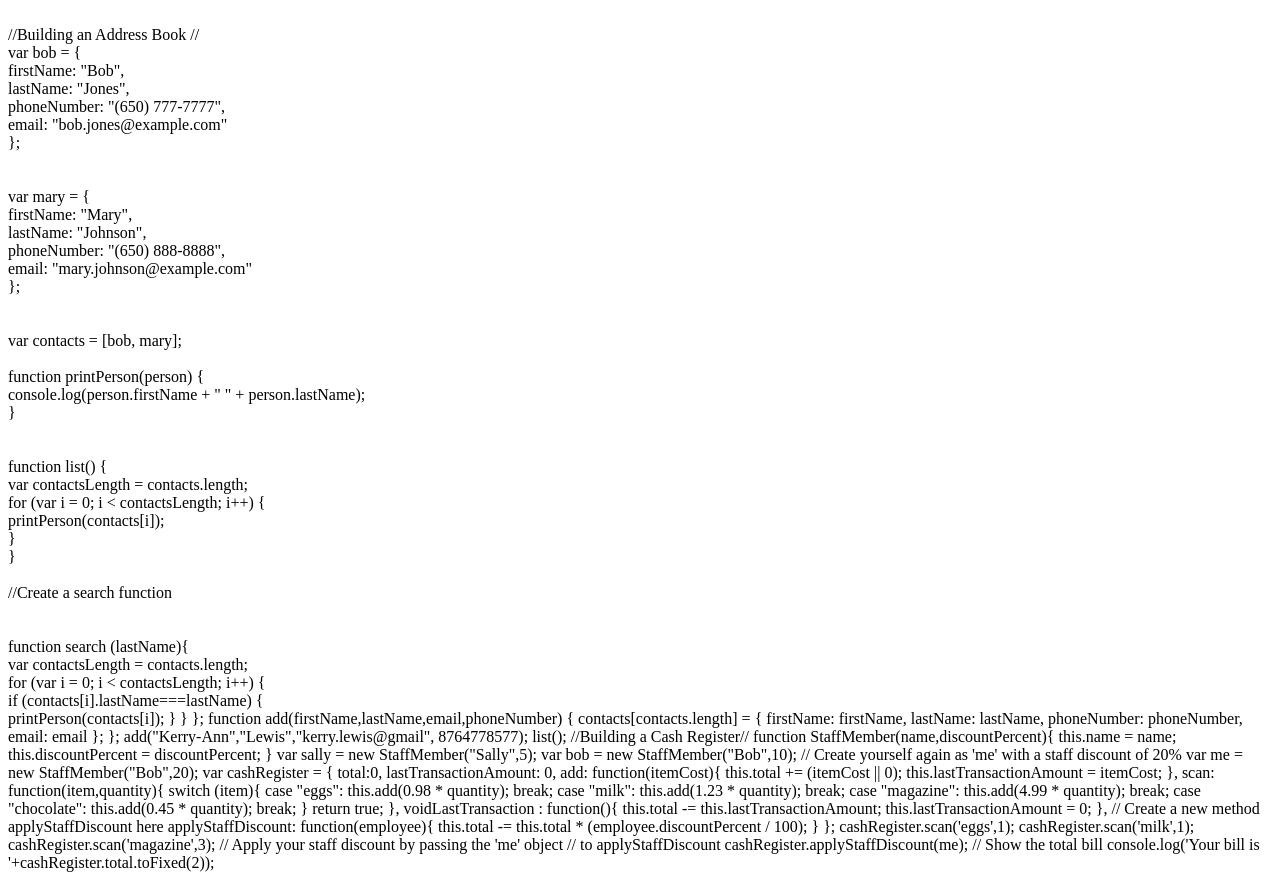
Repository: kernicole/info2180project1
Page: script.html
The author's editor kept a record of every edit. The page is drawn from the files as they stood at one moment, then again after the next edit.
The browser window is 1280 px wide. The pictures show the whole page.

Above is the page before.

### script.html
<html>
<title> Script Source Code </title>
<body>
<br/>//Building an Address Book //
<br/>var bob = {
<br/>    firstName: "Bob",
<br/>    lastName: "Jones",
<br/>    phoneNumber: "(650) 777-7777",
<br/>    email: "bob.jones@example.com"
<br/>};
<br/>
<br/>
<br/>var mary = {
<br/>    firstName: "Mary",
<br/>    lastName: "Johnson",
<br/>    phoneNumber: "(650) 888-8888",
<br/>    email: "mary.johnson@example.com"
<br/>};
<br/>
<br/>
<br/>var contacts = [bob, mary];
<br/>
<br/>function printPerson(person) {
<br/>    console.log(person.firstName + " " + person.lastName);
<br/>}
<br/>
<br/>
<br/>function list() {
<br/>	var contactsLength = contacts.length;
<br/>	for (var i = 0; i < contactsLength; i++) {
<br/>		printPerson(contacts[i]);
<br/>	}
<br/>}
<br/>
<br/>//Create a search function
<br/>
<br/>
<br/>function search (lastName){
<br/>   var contactsLength = contacts.length;
<br/>	for (var i = 0; i < contactsLength; i++) {
<br/>	    if (contacts[i].lastName===lastName) {
<br/>	        printPerson(contacts[i]);
	    }
	}
};





function add(firstName,lastName,email,phoneNumber)
{
    contacts[contacts.length] = {
    firstName: firstName,
    lastName: lastName,
    phoneNumber: phoneNumber,
    email: email
};




};


add("Kerry-Ann","Lewis","kerry.lewis@gmail", 8764778577);

list();






//Building a Cash Register//



function StaffMember(name,discountPercent){
    this.name = name;
    this.discountPercent = discountPercent;
}

var sally = new StaffMember("Sally",5);
var bob = new StaffMember("Bob",10);

// Create yourself again as 'me' with a staff discount of 20%
var me = new StaffMember("Bob",20);

var cashRegister = {
    total:0,
    lastTransactionAmount: 0,
    add: function(itemCost){
        this.total += (itemCost || 0);
        this.lastTransactionAmount = itemCost;
    },
    scan: function(item,quantity){
        switch (item){
        case "eggs": this.add(0.98 * quantity); break;
        case "milk": this.add(1.23 * quantity); break;
        case "magazine": this.add(4.99 * quantity); break;
        case "chocolate": this.add(0.45 * quantity); break;
        }
        return true;
    },
    voidLastTransaction : function(){
        this.total -= this.lastTransactionAmount;
        this.lastTransactionAmount = 0;
    },
    // Create a new method applyStaffDiscount here
    applyStaffDiscount: function(employee){
        this.total -= this.total * (employee.discountPercent / 100);
    }

};

cashRegister.scan('eggs',1);
cashRegister.scan('milk',1);
cashRegister.scan('magazine',3);
// Apply your staff discount by passing the 'me' object
// to applyStaffDiscount
cashRegister.applyStaffDiscount(me);

// Show the total bill
console.log('Your bill is '+cashRegister.total.toFixed(2));
</body>
</html>

After the next edit:
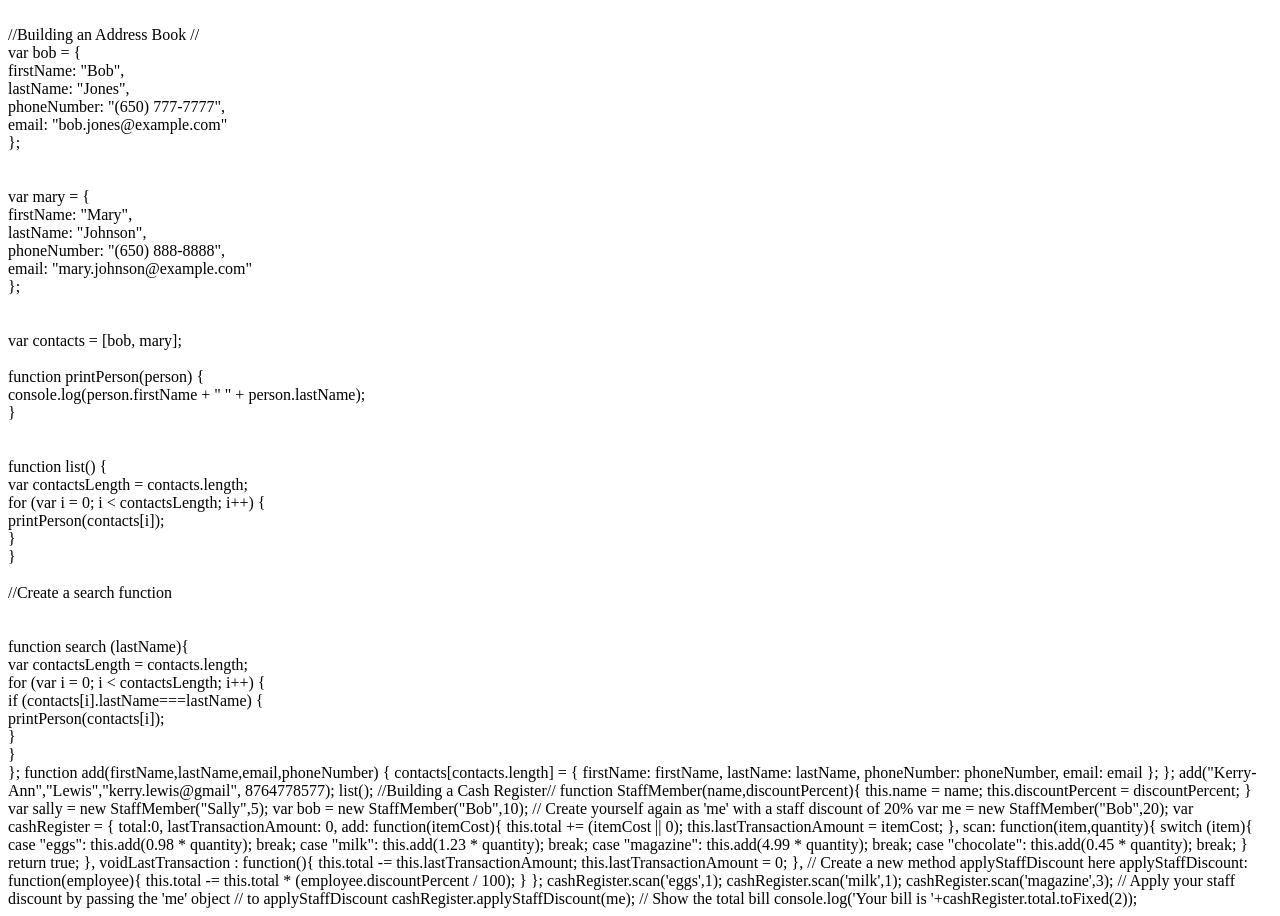
The edit:
--- a/script.html
+++ b/script.html
@@ -40,9 +40,9 @@
 <br/>	for (var i = 0; i < contactsLength; i++) {
 <br/>	    if (contacts[i].lastName===lastName) {
 <br/>	        printPerson(contacts[i]);
-	    }
-	}
-};
+<br/>	    }
+<br/>	}
+<br/>};
 
 
 
